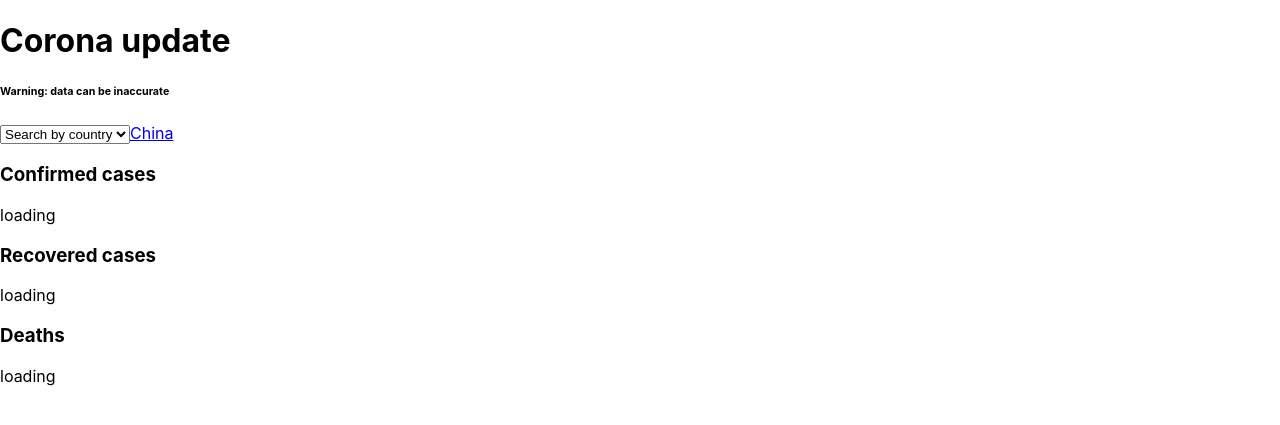
Repository: Babarindeolanrewaju2/react_covid_19
Page: /
These files come from the project's save history. The page is drawn as it stood at one moment and after the next save; the edit follows.
The browser window is 1280 px wide. The pictures show the whole page.
The page's requests for data from a server got no answer. The project was rebuilt for these pictures with package versions that can differ from the ones it lists, and the page was loaded fresh each time. A package was used in the major version that the imports need, not the one package.json lists. No one was signed in, and anything a server would have sent is missing. Also part of the build but not shown: src/components/CountryDisplay.js.

Above is the page before, as saved 2020-04-01 04:36:54.

After the next save:
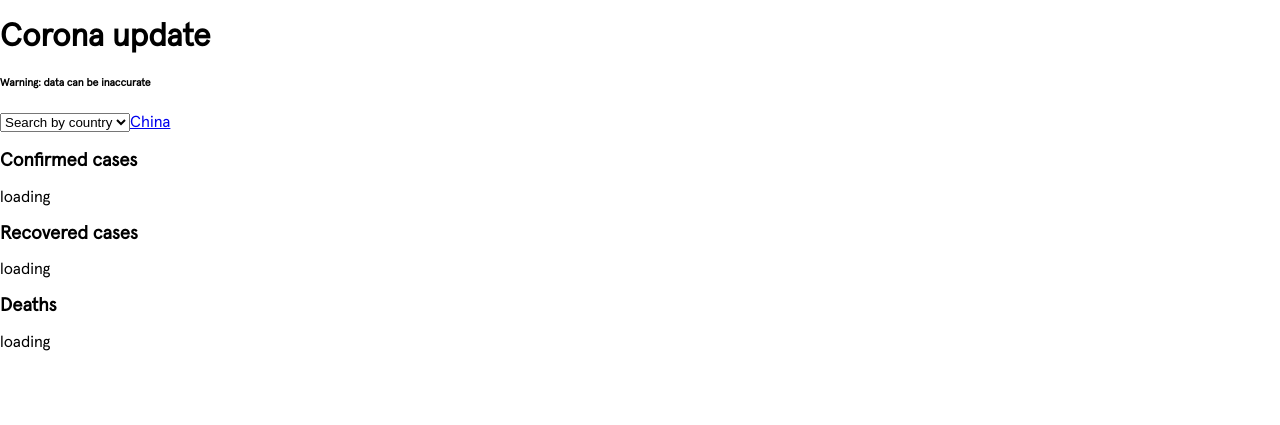
Saved 24 s later.
--- a/src/App.js
+++ b/src/App.js
@@ -6,6 +6,8 @@ import RecoveredDisplay from "./components/RecoveredDisplay";
 import DeathsDisplay from "./components/DeathsDisplay";
 import CountrySearch from "./components/CountrySearch";
 import CountryDisplay from "./components/CountryDisplay";
+import './App.css';
+
 export default class App extends Component {
   constructor(props) {
     super(props);
